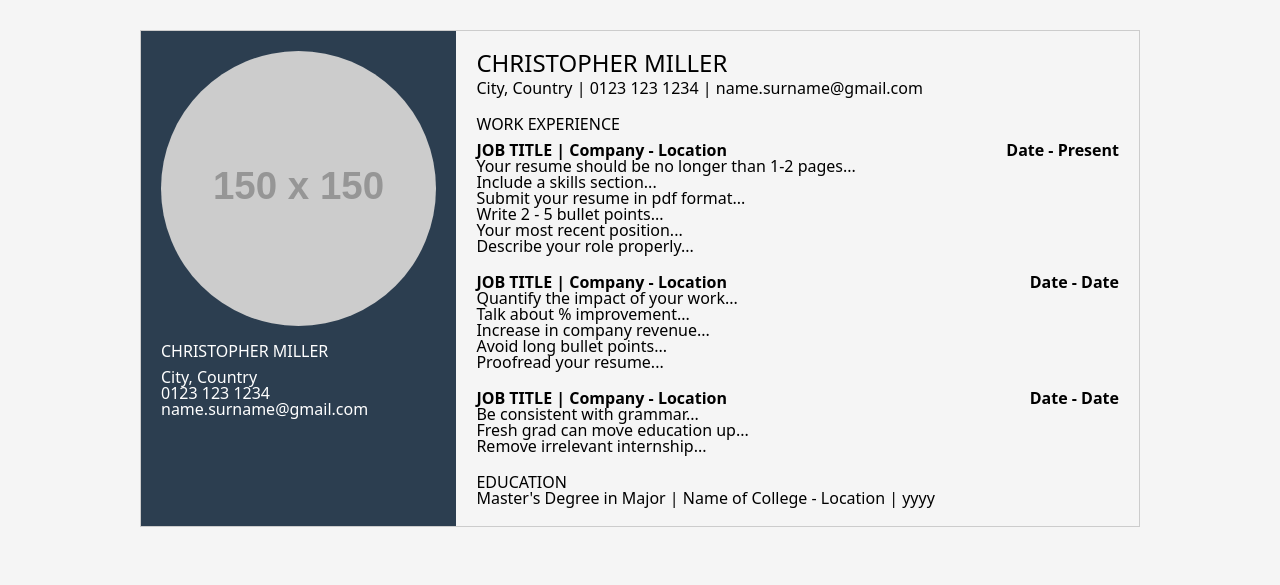
Repository: doanhieu0707/Homework-Day-5
Page: cv-flex.html
An editor plug-in stored every save of this project. The page is shown before and after the next save, followed by the edit.
The browser window is 1280 px wide. The pictures show the whole page.

Above is the page before, as saved 2026-04-22 14:39:47.

### cv-flex.html
<!doctype html>
<html lang="en">
<head>
    <meta charset="UTF-8" />
    <meta name="viewport" content="width=device-width, initial-scale=1.0" />
    <link rel="stylesheet" href="./css/reset.css" />
    <link rel="stylesheet" href="./css/style.css" />
    <title>CV Flex</title>
</head>
<body>
    <div class="cv">
        <div class="container">

            <!-- SIDEBAR -->
            <div class="sidebar">
                <img src="https://via.placeholder.com/150" alt="avatar" />
                <h2>CHRISTOPHER MILLER</h2>
                <p>City, Country</p>
                <p>0123 123 1234</p>
                <p>name.surname@gmail.com</p>

            </div>

            <!-- MAIN CONTENT -->
            <div class="infor">
                <div class="header">
                    <h1 class="heading-1">CHRISTOPHER MILLER</h1>
                    <p>
                        City, Country | 0123 123 1234 | name.surname@gmail.com
                    </p>
                </div>

                <div class="work">
                    <h2 class="heading-2">WORK EXPERIENCE</h2>
                </div>

                <div class="part">
                    <div class="title">
                        <span>JOB TITLE | Company - Location</span>
                        <span>Date - Present</span>
                    </div>
                    <ul>
                        <li>Your resume should be no longer than 1-2 pages...</li>
                        <li>Include a skills section...</li>
                        <li>Submit your resume in pdf format...</li>
                        <li>Write 2 - 5 bullet points...</li>
                        <li>Your most recent position...</li>
                        <li>Describe your role properly...</li>
                    </ul>
                </div>

                <div class="part">
                    <div class="title">
                        <span>JOB TITLE | Company - Location</span>
                        <span>Date - Date</span>
                    </div>
                    <ul>
                        <li>Quantify the impact of your work...</li>
                        <li>Talk about % improvement...</li>
                        <li>Increase in company revenue...</li>
                        <li>Avoid long bullet points...</li>
                        <li>Proofread your resume...</li>
                    </ul>
                </div>

                <div class="part">
                    <div class="title">
                        <span>JOB TITLE | Company - Location</span>
                        <span>Date - Date</span>
                    </div>
                    <ul>
                        <li>Be consistent with grammar...</li>
                        <li>Fresh grad can move education up...</li>
                        <li>Remove irrelevant internship...</li>
                    </ul>
                </div>

                <div class="footer">
                    <h2>EDUCATION</h2>
                    <p>
                        <span>Master's Degree in Major</span> |
                        Name of College - Location | yyyy
                    </p>
                </div>
            </div>

        </div>
    </div>
</body>
</html>

### css/style.css
* {
    box-sizing: border-box;
}

body {
    background-color: gray;
    font-family:
        system-ui,
        -apple-system,
        BlinkMacSystemFont,
        "Segoe UI",
        Roboto,
        Oxygen,
        Ubuntu,
        Cantarell,
        "Fira Sans",
        "Droid Sans",
        "Helvetica Neue",
        sans-serif;
}

/* MAIN CV */
.cv {
    max-width: 1000px;
    margin: 20px auto;
    border: 1px solid #ccc;
}

/* FLEX LAYOUT */
.container {
    display: flex;
}

/* SIDEBAR */
.sidebar {
    flex: 3;
    background: #2c3e50;
    color: white;
    padding: 20px;
}

.sidebar img {
    width: 100%;
    border-radius: 50%;
    margin-bottom: 15px;
}

.sidebar h2 {
    margin-bottom: 10px;
}

.sidebar ul {
    padding-left: 20px;
}

/* MAIN CONTENT */
.infor {
    flex: 7;
    padding: 20px;
}

/* HEADER */
.header {
    margin-bottom: 20px;
}

.heading-1 {
    font-size: 24px;
    margin-bottom: 5px;
}

/* SECTION */
.heading-2 {
    margin-bottom: 10px;
}

/* JOB TITLE */
.title {
    display: flex;
    justify-content: space-between;
    font-weight: bold;
}

/* SPACING */
.part {
    margin-bottom: 20px;
}

/* FOOTER */
.footer {
    margin-top: 20px;
}

/* ===== Menu ===== */
.menu {
    display: flex;
    align-items: center;
    justify-content: center;
    padding: 0 45px;
    font-size: 0;
    background-color: #3e5cca;
}

.menu li {
    display: inline-block;
    position: relative;
}

.menu li::before {
    content: "";
    position: absolute;
    left: 0;
    top: 0;
    width: 1px;
    height: 100%;
    background-color: #2d4db7;
}

.menu li:first-child::before {
    display: none;
}

.menu li a {
    display: inline-block;
    color: white;
    font-size: 16px;
    padding: 21px;
    text-decoration: none;
}

.menu li a::before {
    content: "\25B6";
    margin-right: 6px;
    font-size: 10px;
}

.menu li:hover > a {
  background-color: #2d4db7;
  color: #fff;
}


.menu li a:focus,
.menu li a:target {
    background-color: blueviolet;
    color: red;
}

/* ===== Form ===== */
.form {
    max-width: 400px;
    padding: 25px;
    margin: 10px auto;
    border-radius: 20px;
    background-color: #fff;
}

.form-heading {
    margin-bottom: 32px;
    text-align: center;
    font-size: 24px;
    font-weight: bold;
    color: red;
}

.form-label {
    display: block;
    margin: 12px 0 4px;
    font-weight: 600;
    font-size: 12px;
}

/* .form-label::after {
    content: " *";
    color: red;
} */

.form-input {
    width: 100%;
    padding: 6px 8px;
    border: 1px solid gray;
    border-radius: 5px;
    outline: none;
}

.form-input:focus {
    border-color: blueviolet;
}

/* .form-input:invalid {
    border-color: red;
} */

.form-input:not(:placeholder-shown):invalid {
  border-color: red;
}

.form-label--required::after {
  content: " *";
  color: red;
}

.form:focus-within {
  box-shadow: 0 0 0 3px rgba(138, 43, 226, 0.2);
}

.avatar {
    width: 100px;
    height: 100px;
    cursor: pointer;
    border-radius: 50%;
}

.form-options label {
    display: block;
}

.form-footer {
    display: flex;
    margin-top: 28px;
    justify-content: space-between;
}

.btn {
    display: inline-block;
    padding: 6px 16px;
    border-radius: 5px;
    min-width: 100px;
    text-align: center;
    border: none;
    background: rgb(87, 142, 230);
    color: white;
    cursor: pointer;
}

.btn:hover {
    background: #3e5cca;
}

.btn:active {
    transform: scale(0.95);
}

/* =====  */
body {
    background: #f5f5f5;
    padding: 10px;
}

.pricing {
    display: flex;
    justify-content: center;
    gap: 30px;
}

.pricing-item {
    width: 260px;
    padding: 30px 20px;
    border-radius: 20px;
    background: linear-gradient(135deg,#3f2bff,#5f5bff);
    color: white;
    text-align: center;
    transition: 0.3s;
}

.pricing-item:hover {
    transform: translateY(-10px);
    box-shadow: 0 15px 30px rgba(0,0,0,0.2);
}

.pricing-item:nth-child(2) {
    transform: scale(1.05);
    box-shadow: 0 15px 30px rgba(0,0,0,0.3);
}

.pricing-title {
    font-size: 18px;
    margin-bottom: 10px;
}

.pricing-price {
    font-size: 32px;
    font-weight: bold;
    margin-bottom: 20px;
}

.pricing-list {
    list-style: none;
    text-align: left;
    margin-bottom: 20px;
}

.pricing-list li {
    margin: 10px 0;
    padding-left: 20px;
    position: relative;
}

.pricing-list li::before {
    content: "✓";
    position: absolute;
    left: 0;
    color: #fff;
}

.btn {
    padding: 10px 20px;
    border-radius: 8px;
    border: none;
    background: #fff;
    color: #333;
    cursor: pointer;
}

.btn:hover {
    background: #eee;
}

/* ===== Blog ===== */
.blog{
    max-width:800px;
    margin:0 auto;
    background:white;
    padding:30px;
    border-radius:10px;
}

.blog h1{
    font-size:28px;
    margin-bottom:20px;
    font-weight: 600;
}

.blog h2,
.blog h3{
    margin:20px 0 10px;
}

.blog :not(h1):is(h2, h3) {
  color: #3e5cca;
}

.blog img{
    width:100%;
    height:300px;
    object-fit:cover;
    border-radius:8px;
    margin:20px 0;
}

.blog p{
    margin-bottom:16px;
}

.blog > p:first-of-type::first-letter{
    font-size:50px;
    font-weight:bold;
    float:left;
    margin-right:8px;
    line-height:1;
    color:#3e5cca;
}

.blog p::first-line{
    font-weight:bold;
}

::selection{
    background:#3e5cca;
    color:white;
}

blockquote{
    margin:20px 0;
    padding:10px 20px;
    border-left:4px solid #3e5cca;
    font-style:italic;
    position:relative;
    background:#f9f9f9;
}

blockquote::before{
    content:"“";
    font-size:40px;
    position:absolute;
    left:5px;
    top:-10px;
    color:#3e5cca;
}

.comments{
    margin-top:40px;
}

.comment{
    padding:15px;
    margin:10px 0;
    border-radius:8px;
    transition:0.3s;
}

.comment:nth-of-type(odd){
    background:#f9f9f9;
}

.comment:nth-of-type(even){
    background:#ececec;
}

.comment:hover{
    background:#e3e9ff;
    transform:translateX(5px);
}

.comment-author{
    font-weight:bold;
    margin-bottom:5px;
}

Loaded but not shown: css/reset.css (common file)

After the next save:
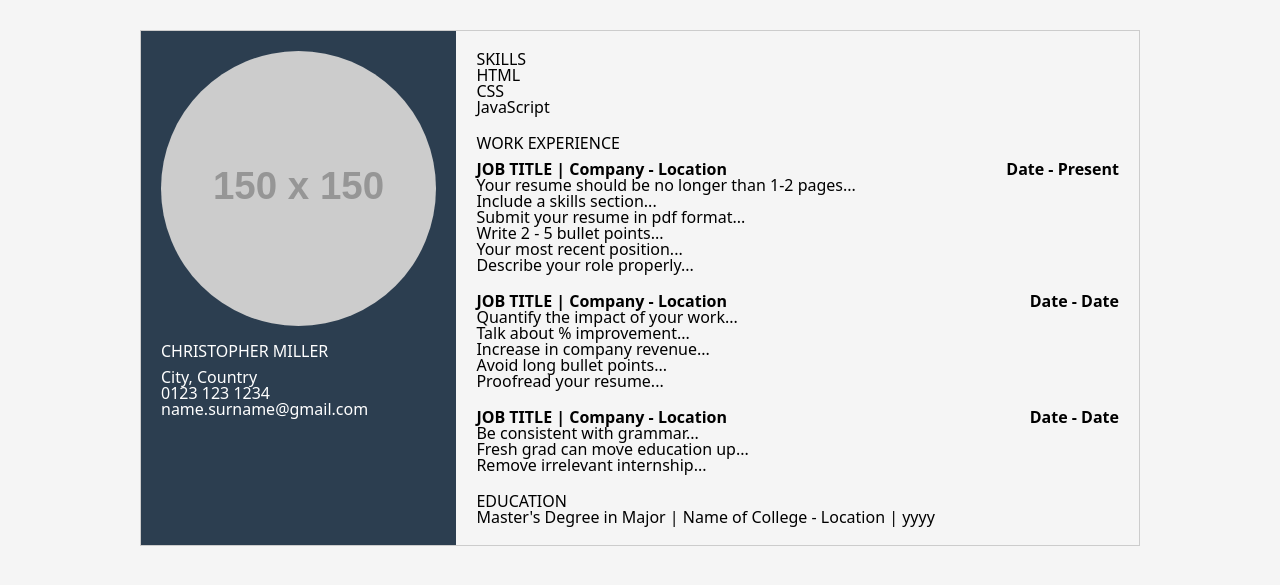
Saved 45 s later.
--- a/cv-flex.html
+++ b/cv-flex.html
@@ -24,10 +24,12 @@
             <!-- MAIN CONTENT -->
             <div class="infor">
                 <div class="header">
-                    <h1 class="heading-1">CHRISTOPHER MILLER</h1>
-                    <p>
-                        City, Country | 0123 123 1234 | name.surname@gmail.com
-                    </p>
+                    <h3>SKILLS</h3>
+                <ul>
+                    <li>HTML</li>
+                    <li>CSS</li>
+                    <li>JavaScript</li>
+                </ul>
                 </div>
 
                 <div class="work">
